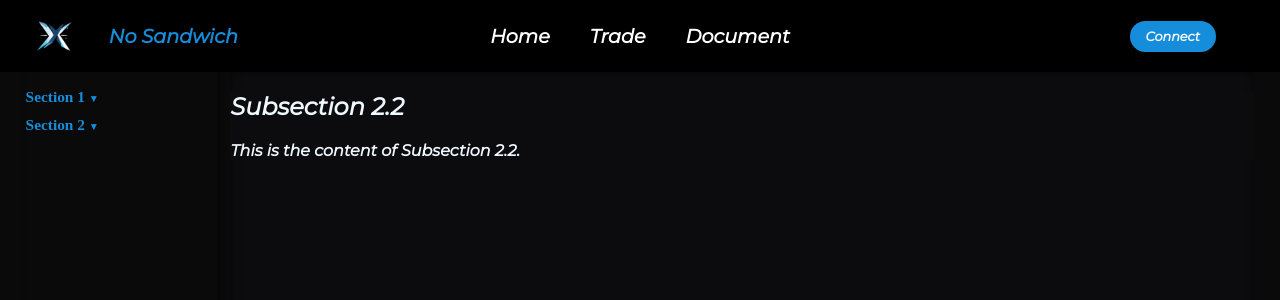
Repository: TreapGoGo/hackathon-2024-10-13
Page: /document/section/2/2 (app in Web/NoSandwichSwapPair_Web/)
An editor plug-in stored every save of this project. The page is shown before and after the next save, followed by the edit.
The browser window is 1280 px wide. The pictures show the whole page.
An inner scrolling area shows only its first screen. The project was rebuilt for these pictures with package versions that can differ from the ones it lists, and the page was loaded fresh each time. Also part of the build but not shown: Web/NoSandwichSwapPair_Web/vite.config.js, Web/NoSandwichSwapPair_Web/src/components/documents/Subsection1_1.vue, Web/NoSandwichSwapPair_Web/src/components/documents/Subsection1_2.vue, Web/NoSandwichSwapPair_Web/src/components/documents/Subsection2_1.vue.

Above is the page before, as saved 2024-10-17 22:40:30.

After the next save:
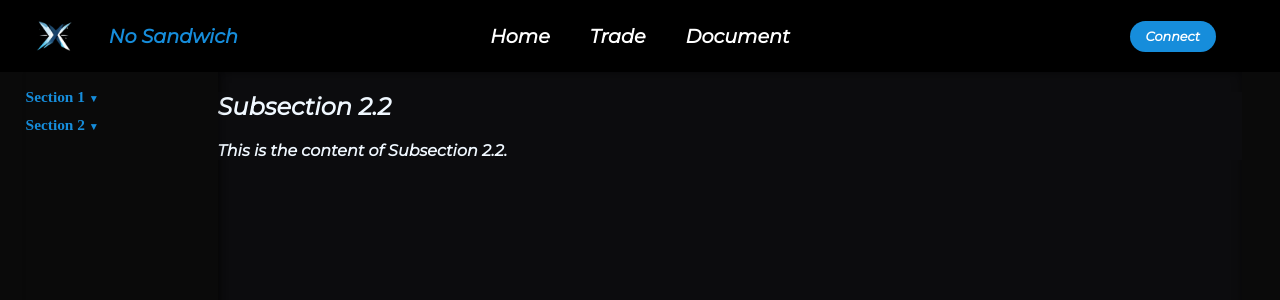
Saved 30 s later.
--- a/Web/NoSandwichSwapPair_Web/src/views/Document.vue
+++ b/Web/NoSandwichSwapPair_Web/src/views/Document.vue
@@ -139,7 +139,7 @@ export default {
  }
 
  .content {
-   margin-left: 18vw; /* 为右侧内容留出侧栏的宽度 */
+   margin-left: 17vw; /* 为右侧内容留出侧栏的宽度 */
    background-color: #0c0c0e;
    box-shadow: inset 0 0 10px rgba(0, 0, 0, 0.5);
    overflow-y: auto;
